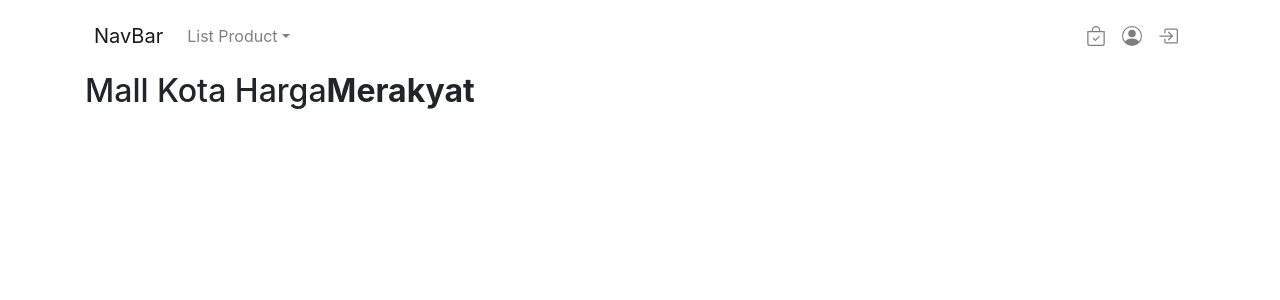
Repository: AHSANS354/ecommerce-catalog
Page: /
The author's editor kept a copy of each file at every save. The page is drawn from the files as they stood at one save, then again after the next save.
The browser window is 1280 px wide. The pictures show the whole page.
The project was rebuilt for these pictures with package versions that can differ from the ones it lists, and the page was loaded fresh each time. Also part of the build but not shown: vue.config.js.

Above is the page before, as saved 2023-03-01 16:08:14.

After the next save:
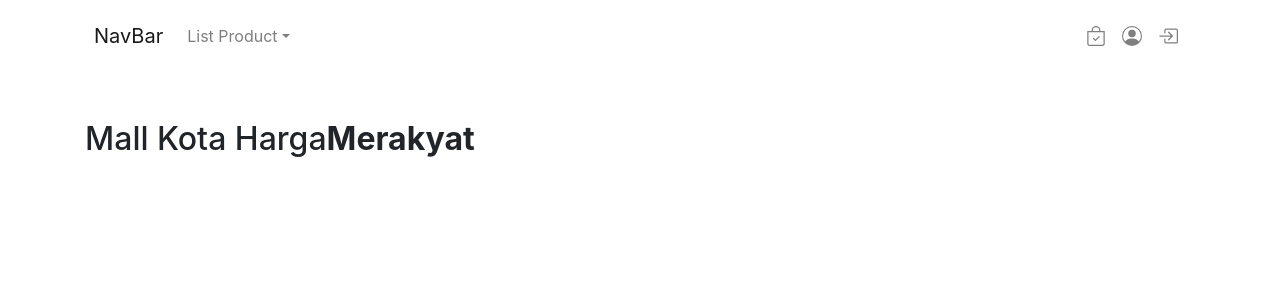
Saved 12 s later.
--- a/src/views/HomeView.vue
+++ b/src/views/HomeView.vue
@@ -1,7 +1,7 @@
 <template>
   <div class="home">
     <navbar-view />
-    <div class="container">
+    <div class="container mt-5">
       <div class="row">
         <div class="col">
           <h2>Mall Kota Harga<strong>Merakyat</strong></h2>
